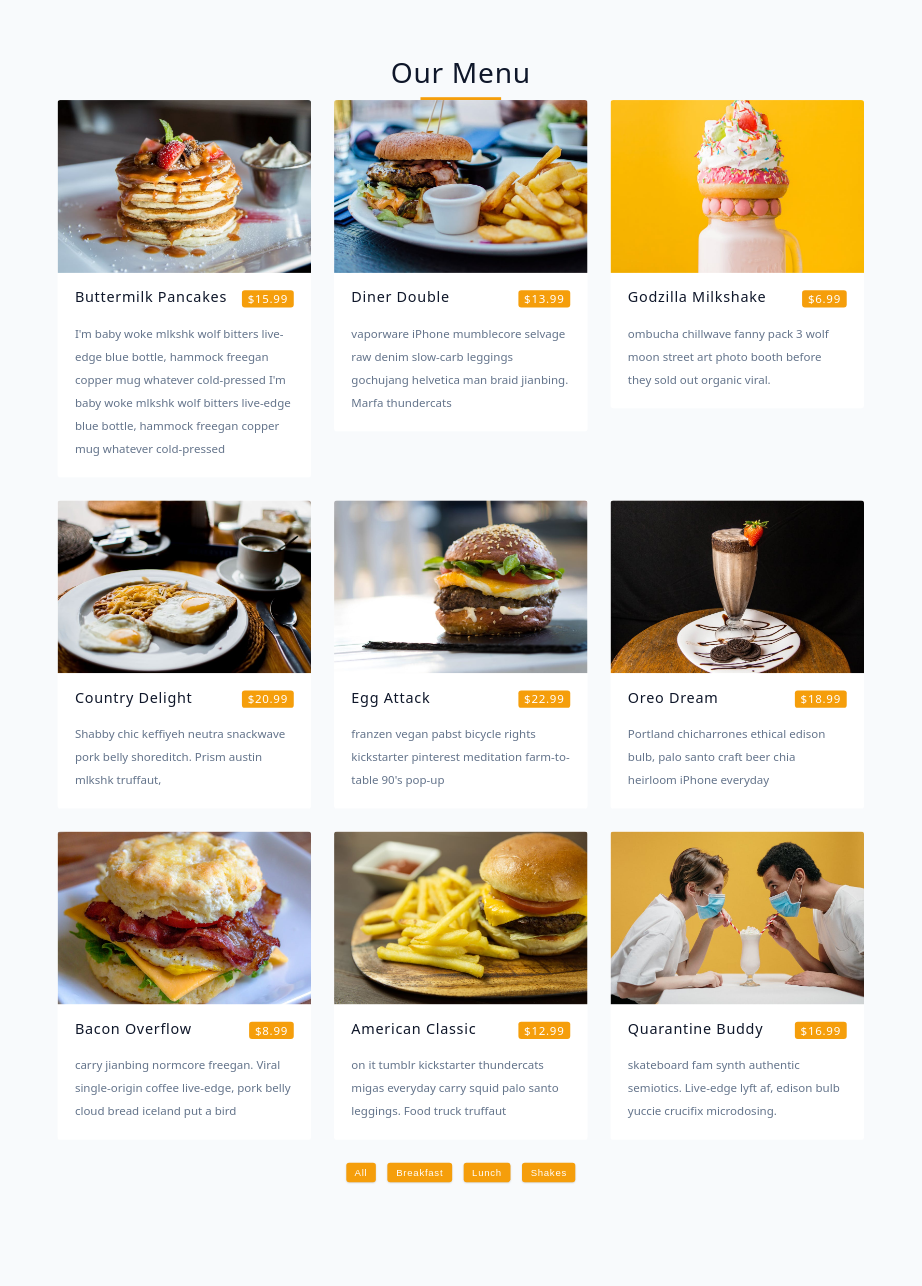
Repository: dydals3440/React-Projects
Page: / (app in 04-fundamental-projects/05-menu/starter/)
An editor plug-in stored every save of this project. The page is shown before and after the next save, followed by the edit.
The browser window is 1280 px wide. The pictures show the whole page, at 72% of full size.
The project was rebuilt for these pictures with package versions that can differ from the ones it lists, and the page was loaded fresh each time. Also part of the build but not shown: 04-fundamental-projects/05-menu/starter/vite.config.js.

Above is the page before, as saved 2023-09-06 16:51:47.

After the next save:
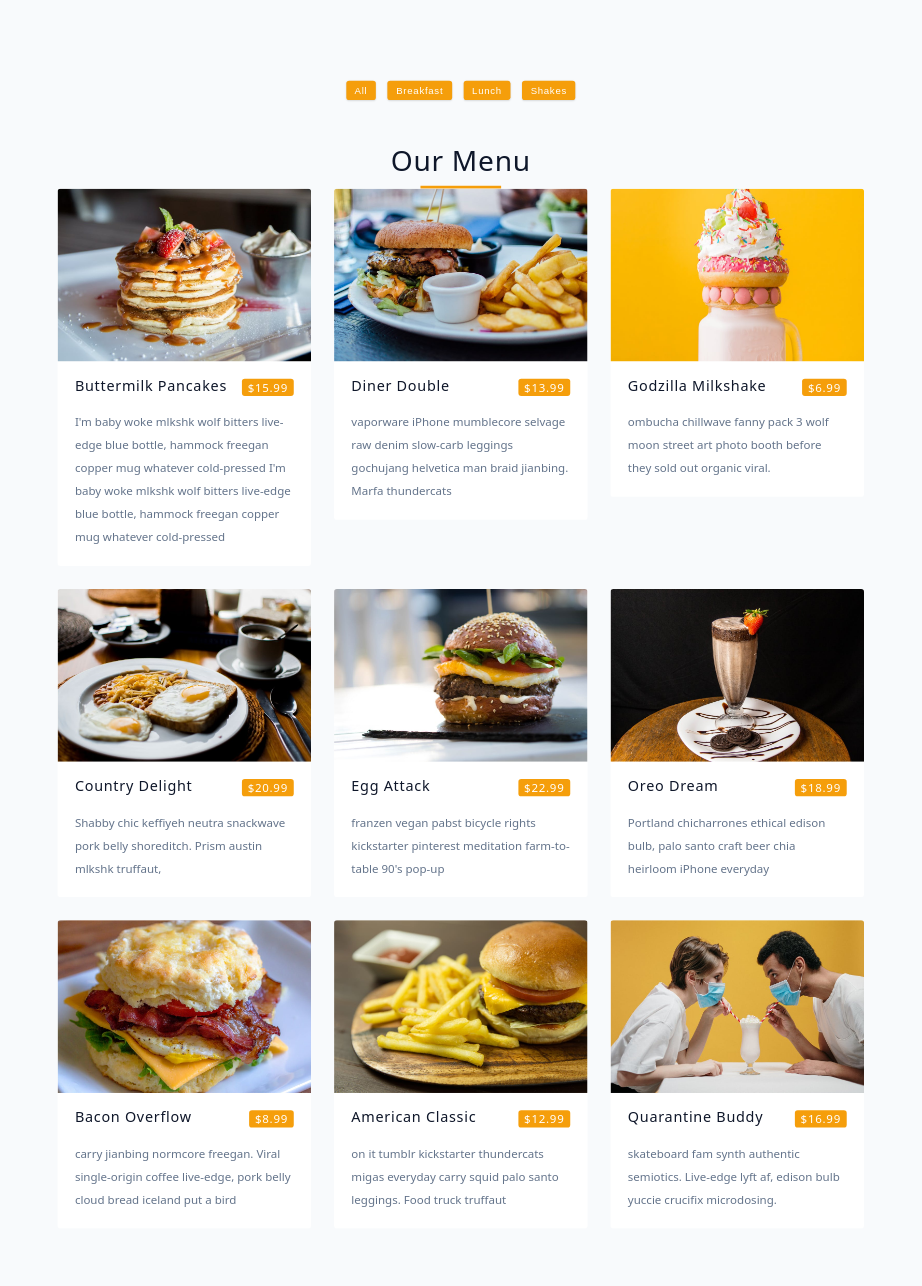
Saved 21 s later.
--- a/04-fundamental-projects/05-menu/starter/src/App.jsx
+++ b/04-fundamental-projects/05-menu/starter/src/App.jsx
@@ -19,9 +19,9 @@ const App = () => {
   return (
     <main>
       <section className='menu'>
+        <Categories categories={categories} />
         <Title text='our menu' />
         <Menu items={menuItems} />
-        <Categories categories={categories} />
       </section>
     </main>
   );
